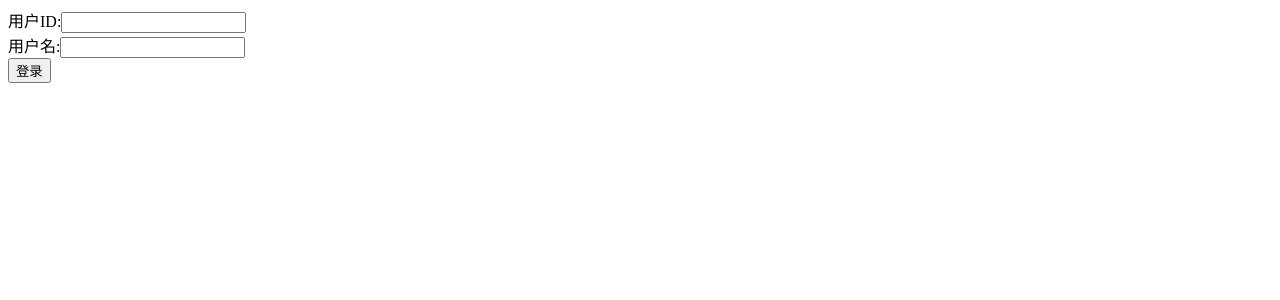
Repository: tian7815/1.25_fenye
Page: http://localhost/Web5/QueryAll.jsp
The author's editor kept a copy of each file at every save. The page is drawn from the files as they stood at one save, then again after the next save.
The browser window is 1280 px wide. The pictures show the whole page.
The page is served by Tomcat 9.

Above is the page before, as saved 2021-01-22 01:49:39.

After the next save:
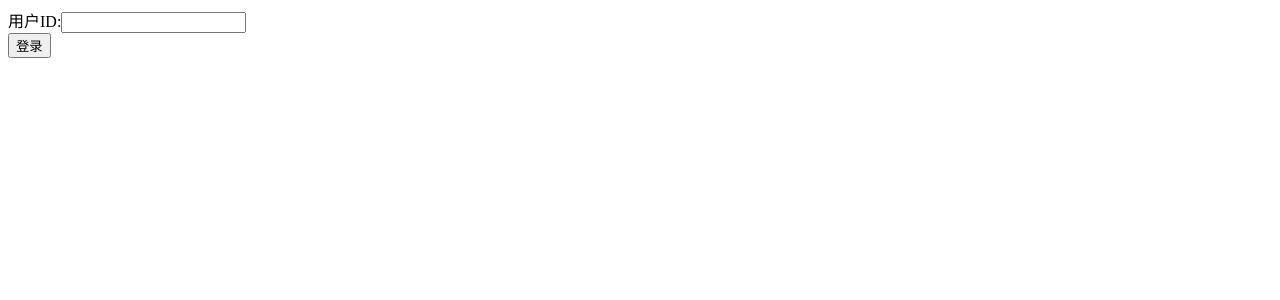
Saved 24 s later.
--- a/web5/Web5/WebRoot/QueryAll.jsp
+++ b/web5/Web5/WebRoot/QueryAll.jsp
@@ -25,8 +25,7 @@ String basePath = request.getScheme()+"://"+request.getServerName()+":"+request.
   <body>
      <form action="UsersServlet" method="post">
 
-        <label>用户ID:</label><input type="text" name="id"><br/>
-        <label>用户名:</label><input type="text" name="name"><br/>
+        <label>用户ID:</label><input type="text" name="sid"><br/>
         <input type="submit" value="登录">
     </form>
   </body>
